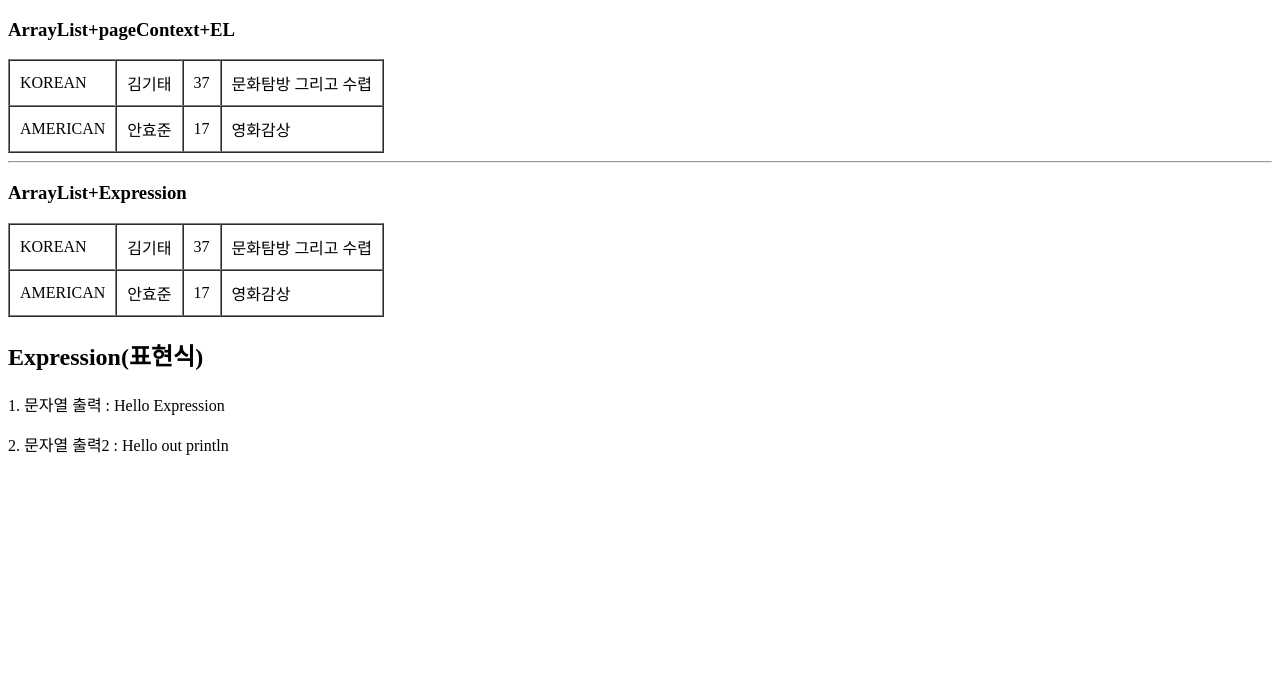
Repository: okgunyang/jsp
Page: http://localhost/practice02/04ExpressionOREL.jsp
An editor plug-in stored every save of this project. The page is shown before and after the next save, followed by the edit.
The browser window is 1280 px wide. The pictures show the whole page.
The page is served by Tomcat 9.

Above is the page before, as saved 2022-11-10 03:23:24.

After the next save:
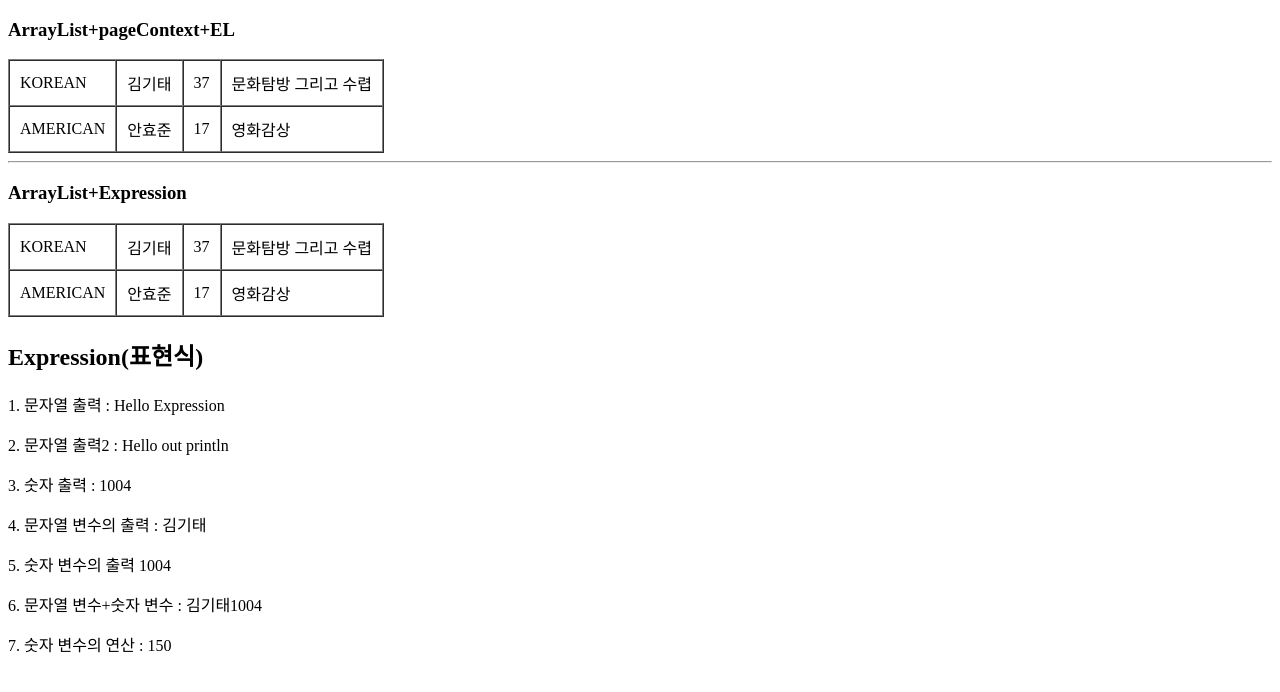
Saved 2 min 31 s later.
--- a/practice02/WebContent/04ExpressionOREL.jsp
+++ b/practice02/WebContent/04ExpressionOREL.jsp
@@ -72,5 +72,10 @@
 <h2>Expression(표현식)</h2>
 <p>1. 문자열 출력 : <%="Hello Expression" %></p>
 <p>2. 문자열 출력2 : <% out.println("Hello out println"); %></p>
+<p>3. 숫자 출력 : <%=1004 %></p>
+<p>4. 문자열 변수의 출력 : <%=name %></p>
+<p>5. 숫자 변수의 출력 <%=num %></p>
+<p>6. 문자열 변수+숫자 변수 : <%=name+num %></p>
+<p>7. 숫자 변수의 연산 : <%=num1+num2 %></p>
 </body>
 </html>
